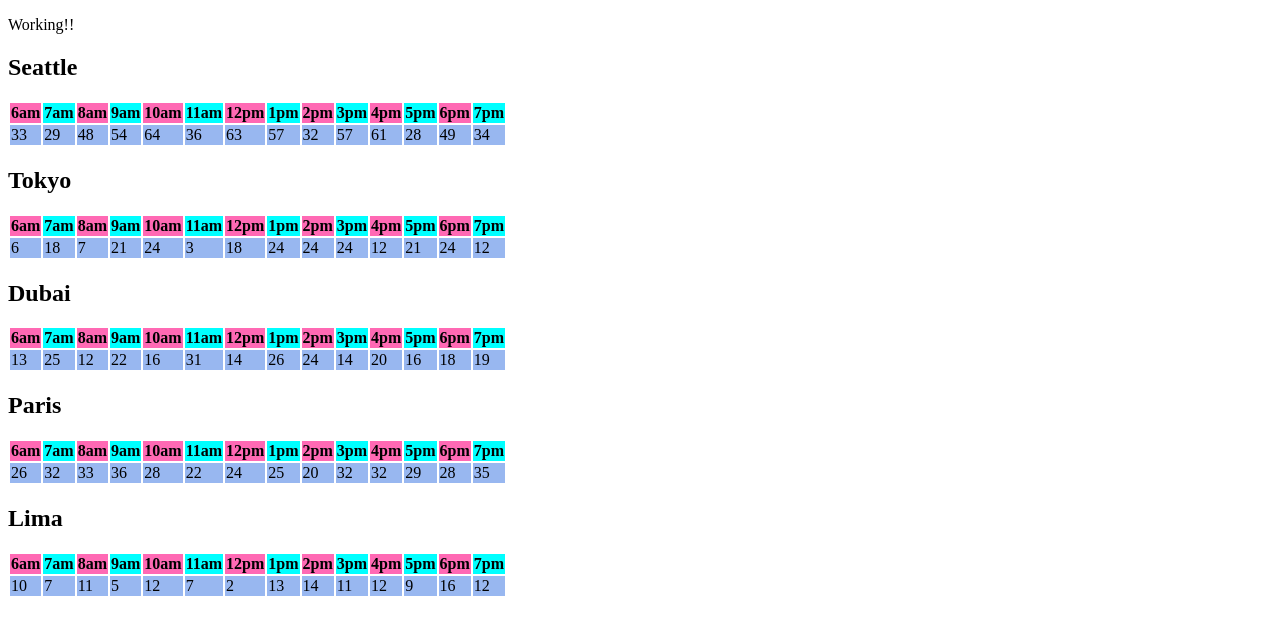
Repository: aaron1986/cookie_stand
Page: sales.html
The author's editor kept a copy of each file at every save. The page is drawn from the files as they stood at one save, then again after the next save.
The browser window is 1280 px wide. The pictures show the whole page.

Above is the page before, as saved 2023-09-26 14:16:18.

After the next save:
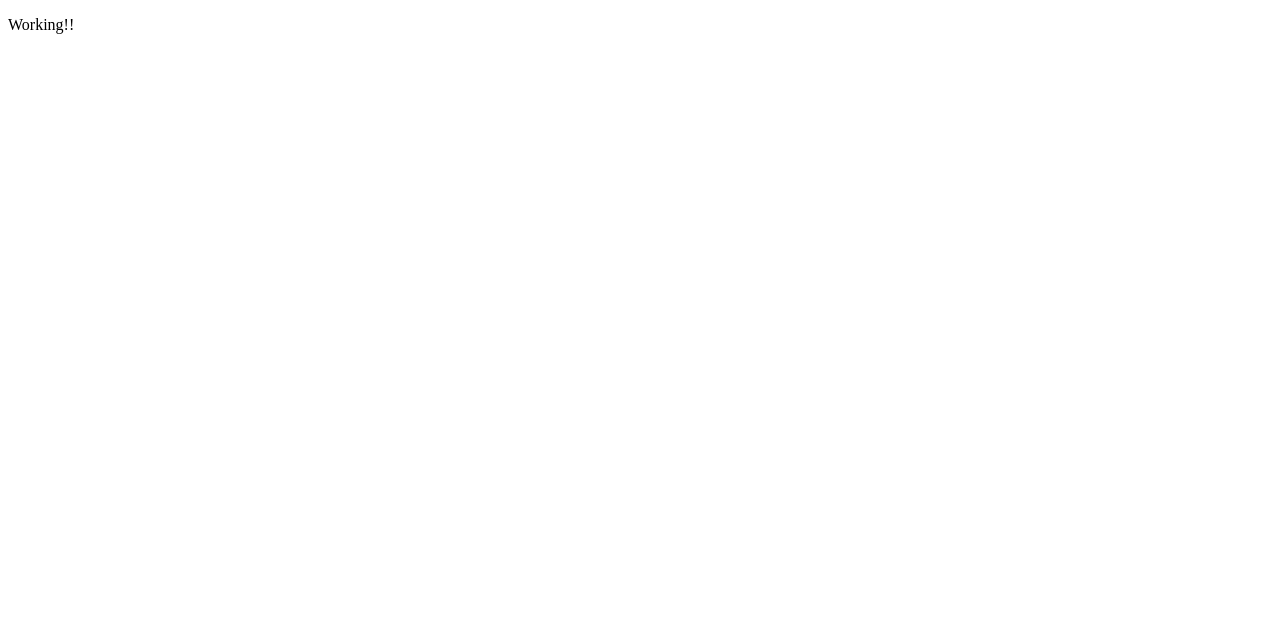
Console error: ReferenceError: i is not defined
Saved 8 min 48 s later.
--- a/app.js
+++ b/app.js
@@ -78,13 +78,8 @@
         dataRow.appendChild(td);
     }
 
-        // Calculate and add "Daily Location Total" row
-        const totalRow = document.createElement("tr");
-        const totalCell = document.createElement("td");
-        totalCell.textContent = "Daily Location Total";
-        totalRow.appendChild(totalCell);
-
         // Calculate the daily total for each hour
+        console.log(locationData.customersPerHour[i]);
 
 
 

After the save that followed:
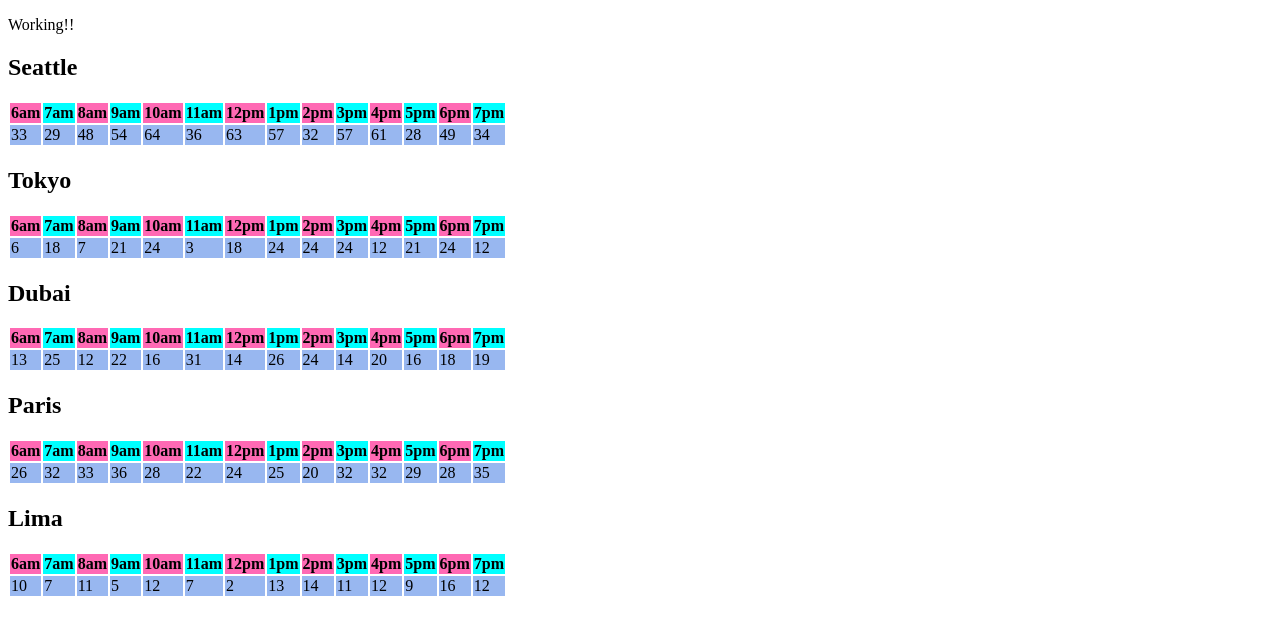
The error is gone.
Saved 19 s later.
--- a/app.js
+++ b/app.js
@@ -76,10 +76,13 @@
         const td = document.createElement("td");
         td.textContent = `${locationData.customersPerHour[i]}`;
         dataRow.appendChild(td);
+
+
+        console.log(locationData.customersPerHour[i]);
     }
 
         // Calculate the daily total for each hour
-        console.log(locationData.customersPerHour[i]);
+
 
 
 
